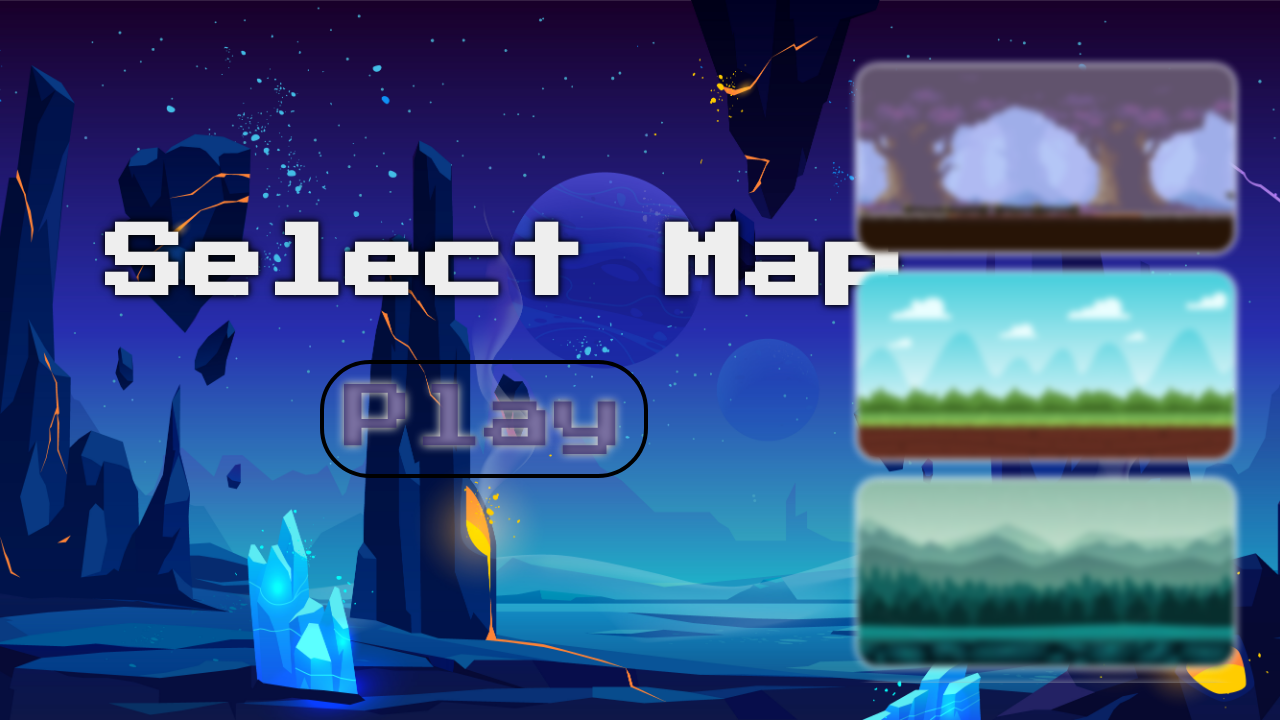
Repository: Gaurav31052/Fighting-game
Page: home.html
An editor plug-in stored every save of this project. The page is shown before and after the next save, followed by the edit.
The browser window is 1280 px wide. The pictures show the whole page.
An inner scrolling area shows only its first screen.

Above is the page before, as saved 2024-06-06 23:44:35.

After the next save:
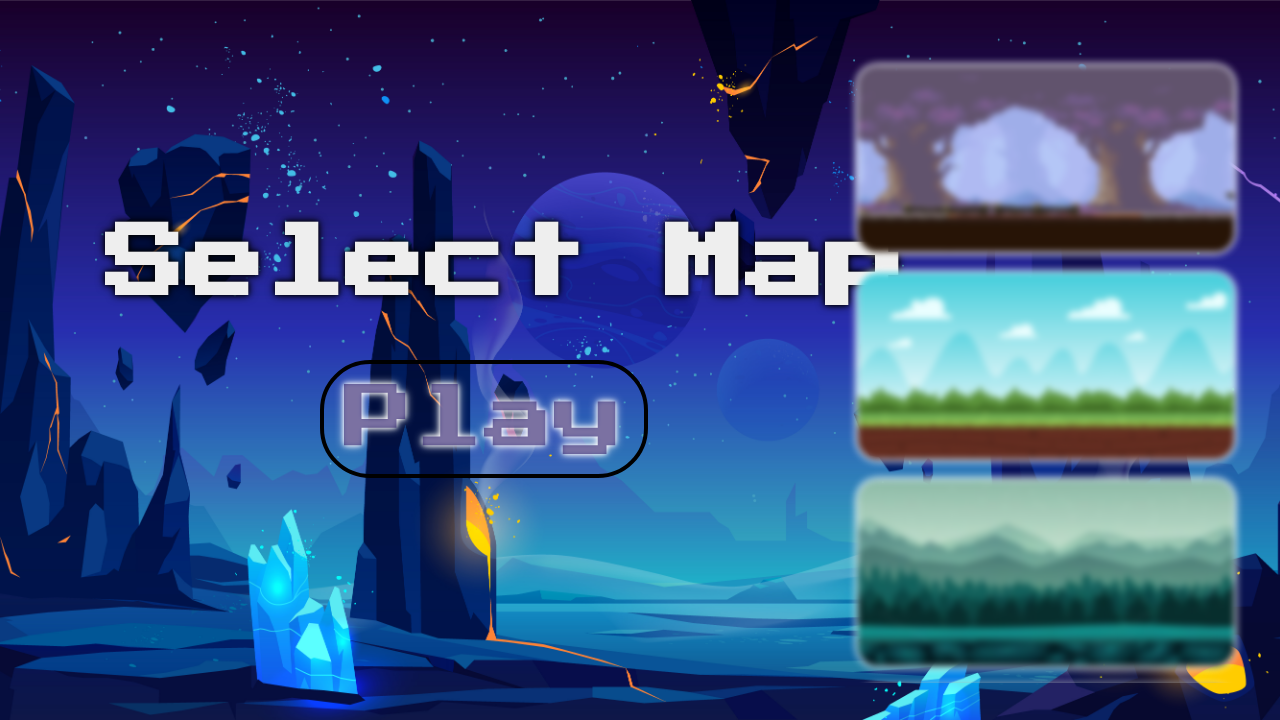
Saved 6 s later.
--- a/style.css
+++ b/style.css
@@ -45,7 +45,7 @@ a {
     font-family: "Press Start 2P", system-ui;
     text-align: center;
     /* padding-top: 100px; */
-    text-shadow: 0 0 10px #fffdfd, 0 0 5px #000000;
+    text-shadow: 0 0 10px #fffdfd, 0 0 5px #ffffff;
    padding: 20px;
     background: transparent;
     border: none;
